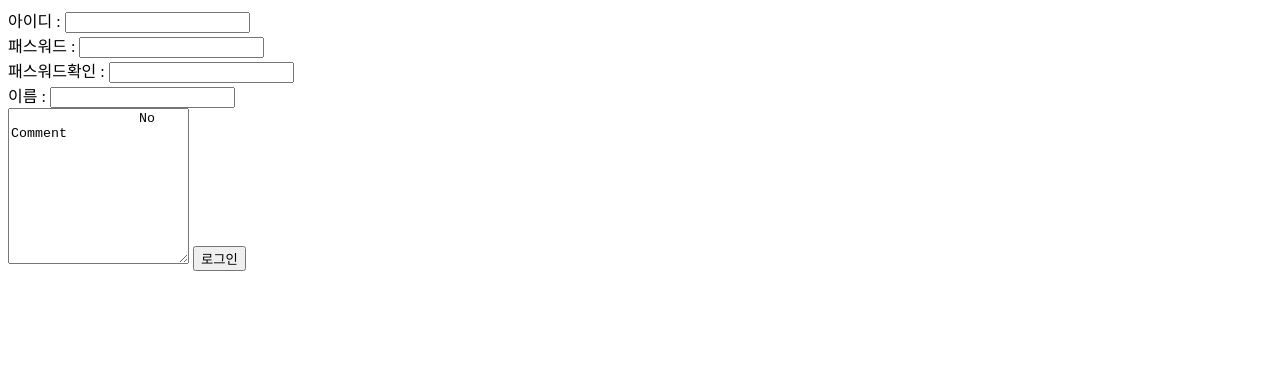
Repository: ifpi98/java_e
Page: jspproject/src/main/webapp/login.html
These files come from the project's save history. The page is drawn as it stood at one moment and after the next save; the edit follows.
The browser window is 1280 px wide. The pictures show the whole page.

Above is the page before, as saved 2023-07-06 07:35:39.

### jspproject/src/main/webapp/login.html
<!DOCTYPE html>
<html>
<head>
<meta charset="utf-8">
<title>Insert title here</title>
</head>
<body>

<form action="/jspproject/hello">
	아이디 : <input type="text" name="id"><br>
	패스워드 : <input type="password" name="pw"><br>
	패스워드확인 : <input type="password" name="pw2"><br>
	이름 : <input type="text" name="name"><br>
	<textarea name="comment" rows="10" cols="20">
		No Comment
	</textarea>

	<input type="submit" value="로그인">

</form>

</body>
</html>

After the next save:
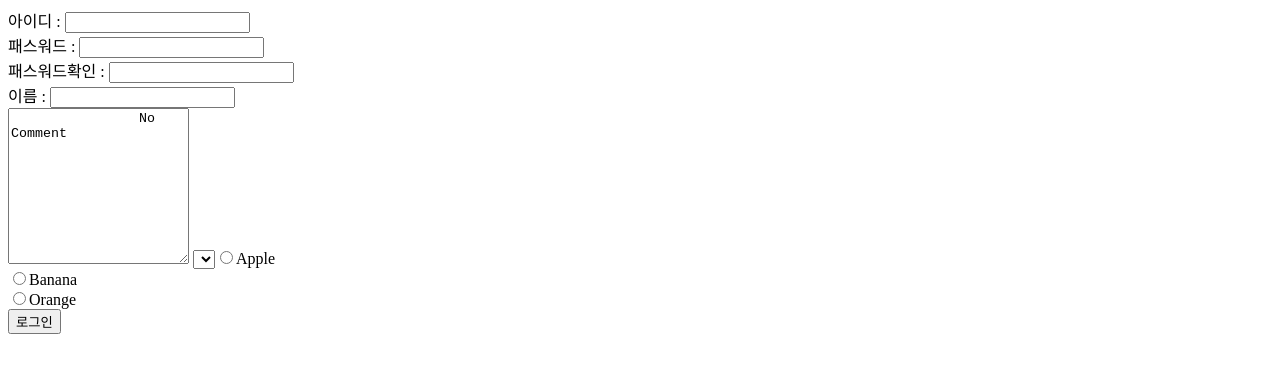
Saved 2 min 12 s later.
--- a/jspproject/src/main/webapp/login.html
+++ b/jspproject/src/main/webapp/login.html
@@ -15,6 +15,13 @@
 		No Comment
 	</textarea>
 
+	<select>
+		<input type="radio" name="fruit" value="apple">Apple<br>
+		<input type="radio" name="fruit" value="banana">Banana<br>
+		<input type="radio" name="fruit" value="orange">Orange<br>
+	</select>
+
+
 	<input type="submit" value="로그인">
 
 </form>
